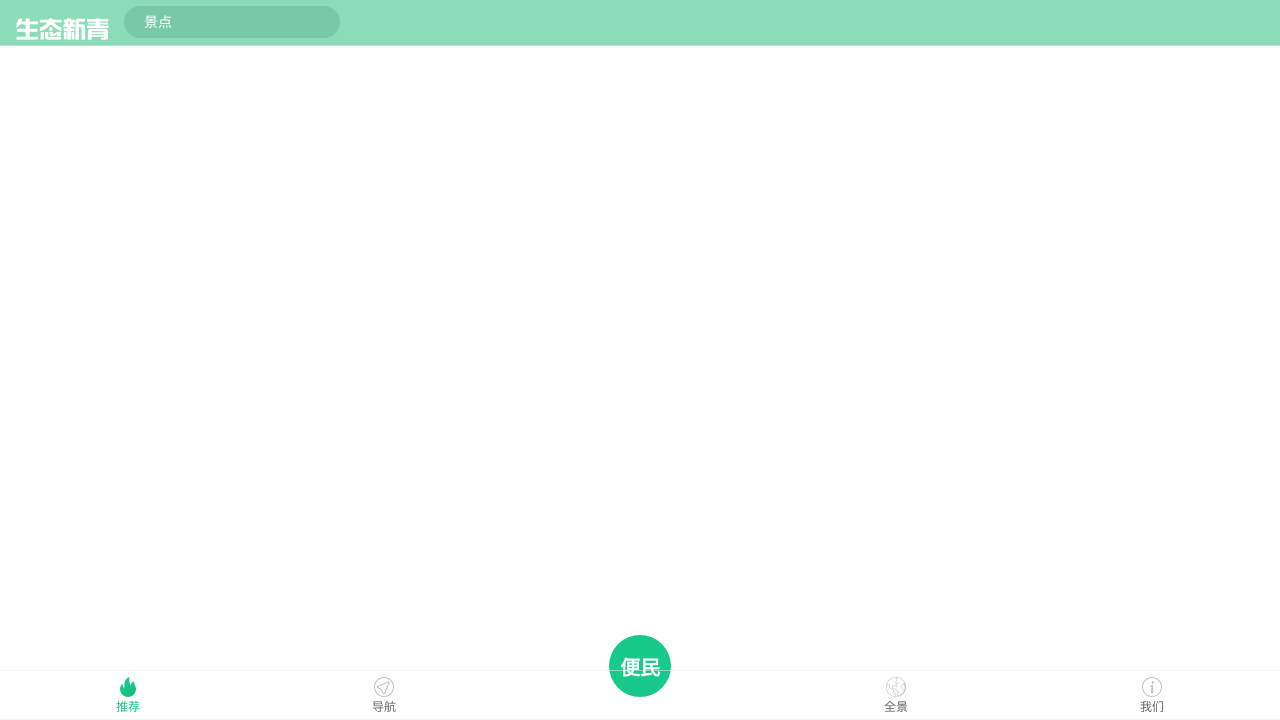
Repository: huye123/stcq
Page: /
The author's editor kept a copy of each file at every save. The page is drawn from the files as they stood at one save, then again after a run of saves.
The browser window is 1280 px wide. The pictures show the whole page.
The project was rebuilt for these pictures with package versions that can differ from the ones it lists, and the page was loaded fresh each time. Also part of the build but not shown: src/components/search.vue.

Above is the page before, as saved 2019-06-28 16:53:54.

After the next 2 saves:
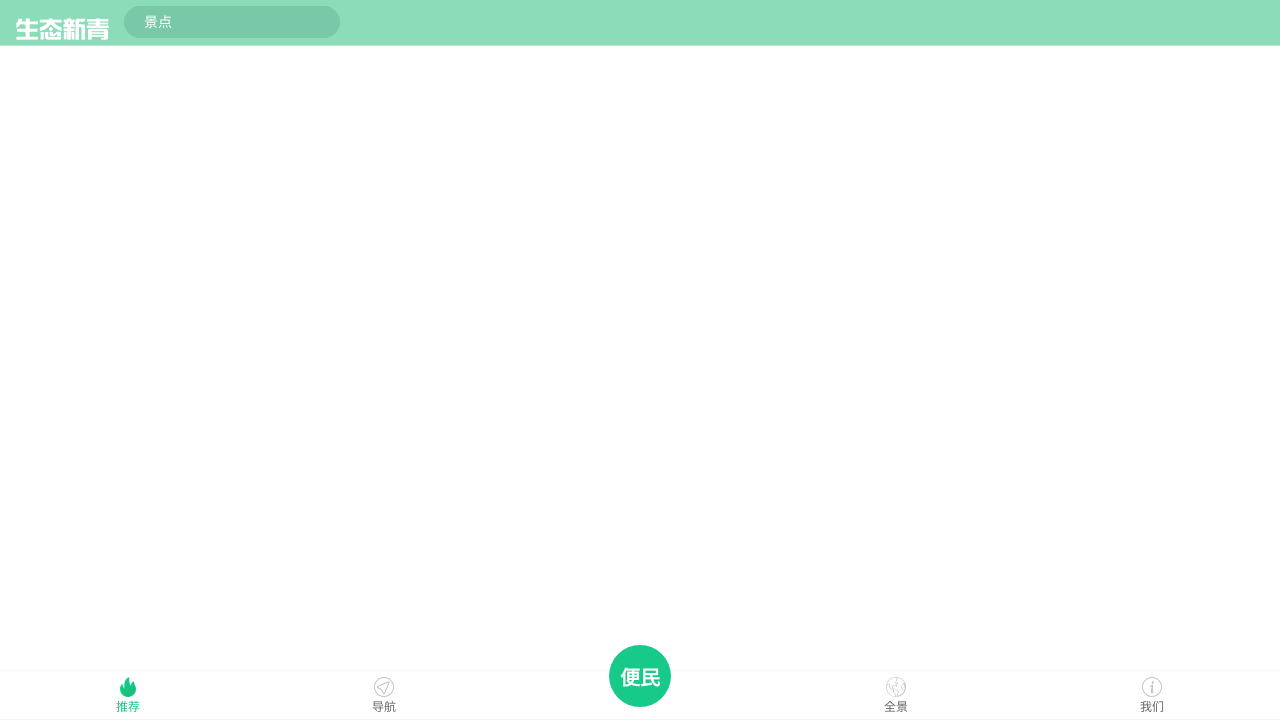
The 2 saves are shown as one change because they came seconds apart.
The last was saved 2 min 5 s later.
--- a/src/App.vue
+++ b/src/App.vue
@@ -87,8 +87,9 @@ export default {
     height: 62px;
     width: 62px;
     position: absolute;
-    top:  calc(-50% - 10px);
+    top: calc(-50% - 0px);
     left: calc(50% - 31px);
+    z-index: 2;
 
 }.peopel{
   font-size: 20px;
